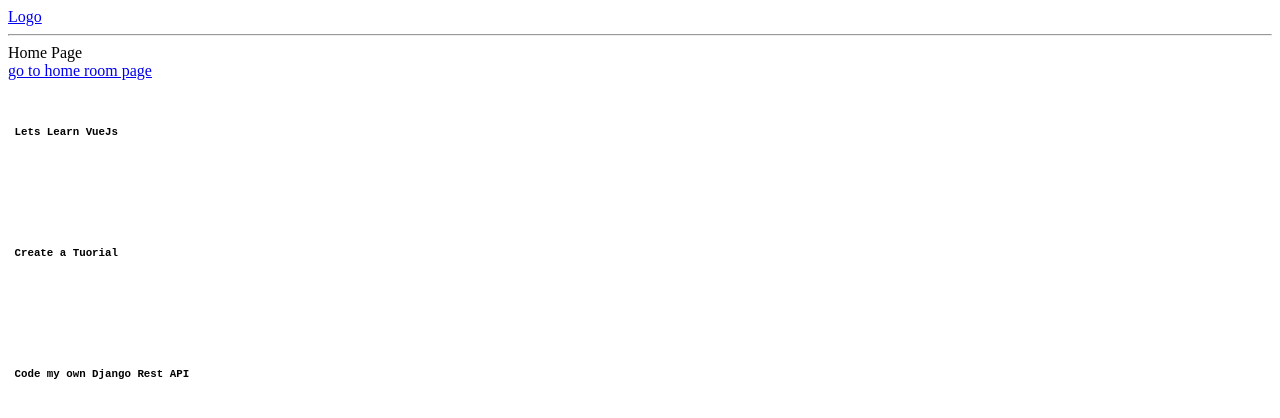
Repository: feyroozecode/studybud_django_app
Page: http://localhost/
An editor plug-in stored every save of this project. The page is shown before and after a run of saves, followed by the edit.
The browser window is 1280 px wide. The pictures show the whole page.
The page is served by the project's application, run on Django 4.2 (manage.py).

Above is the page before, as saved 2023-09-30 19:53:33.

After the next 3 saves:
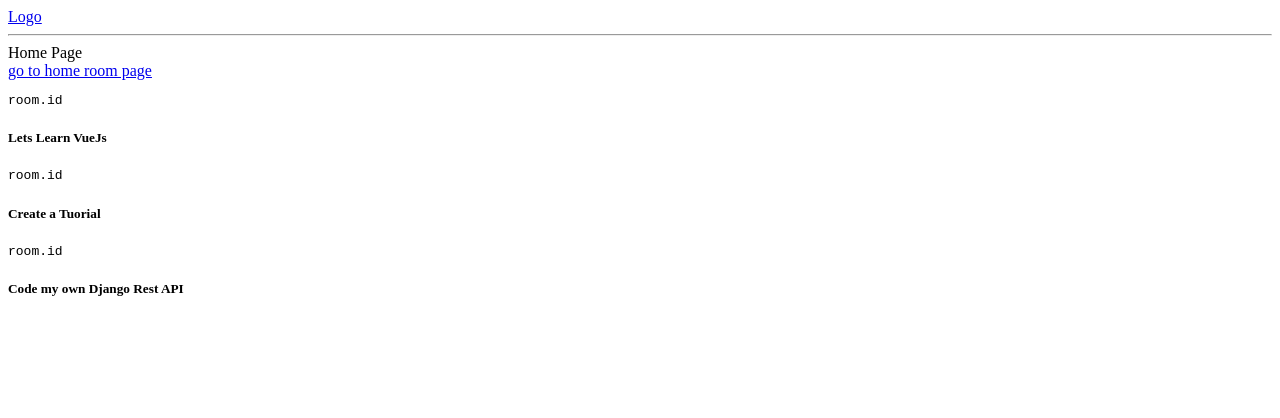
The 3 saves are shown as one change because they came seconds apart.
The last was saved 8 s later.
--- a/templates/home.html
+++ b/templates/home.html
@@ -11,7 +11,7 @@
     <div>
         {% for room in rooms %}
             <div>
-               <pre> <h5> {{ room.name }} </h5>
+               <pre>room.id</pre> <h5> {{ room.name }} </h5>
 
             </div>
 
